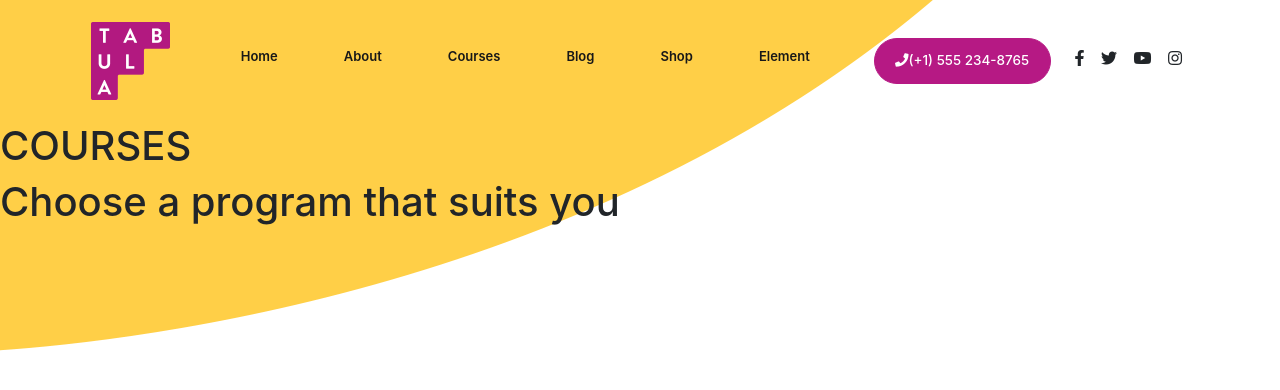
Repository: Khanh1234-glitch/TruongNguyenBaoKhanh_BC22_assignment__tabula
Page: Tabula/index.html
These files come from the project's save history. The page is drawn as it stood at one moment and after the next save; the edit follows.
The browser window is 1280 px wide. The pictures show the whole page.
The style sheet was rebuilt from its Sass, Less or Tailwind sources for each picture, by a compiler version that may differ from the author's.

Above is the page before, as saved 2022-04-16 09:22:26.

After the next save:
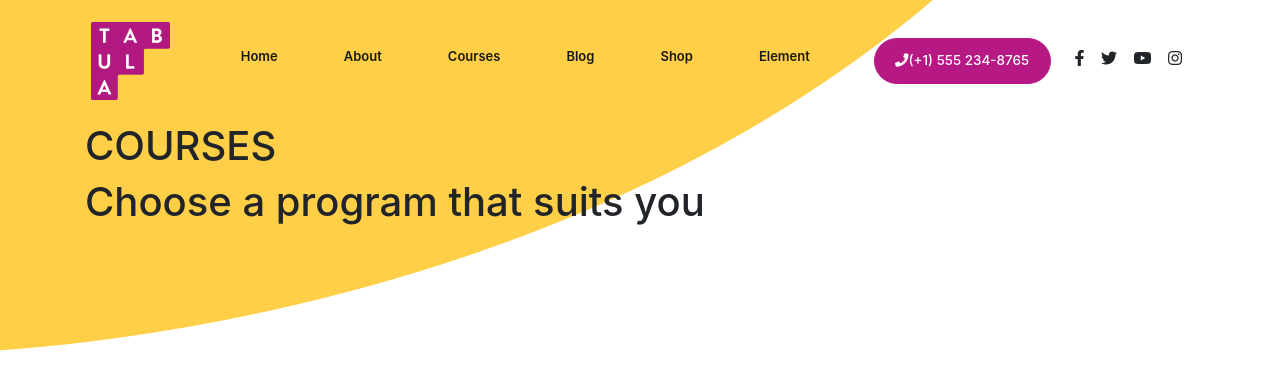
Saved 24 s later.
--- a/Tabula/index.html
+++ b/Tabula/index.html
@@ -56,7 +56,7 @@
                 </ul>
             </div>
         </nav>
-        <div class="hero-book">
+        <div class="hero-book container">
             <div class="text-left">
                 <h1>COURSES</h1>
                 <h1>Choose a program that suits you</h1>
